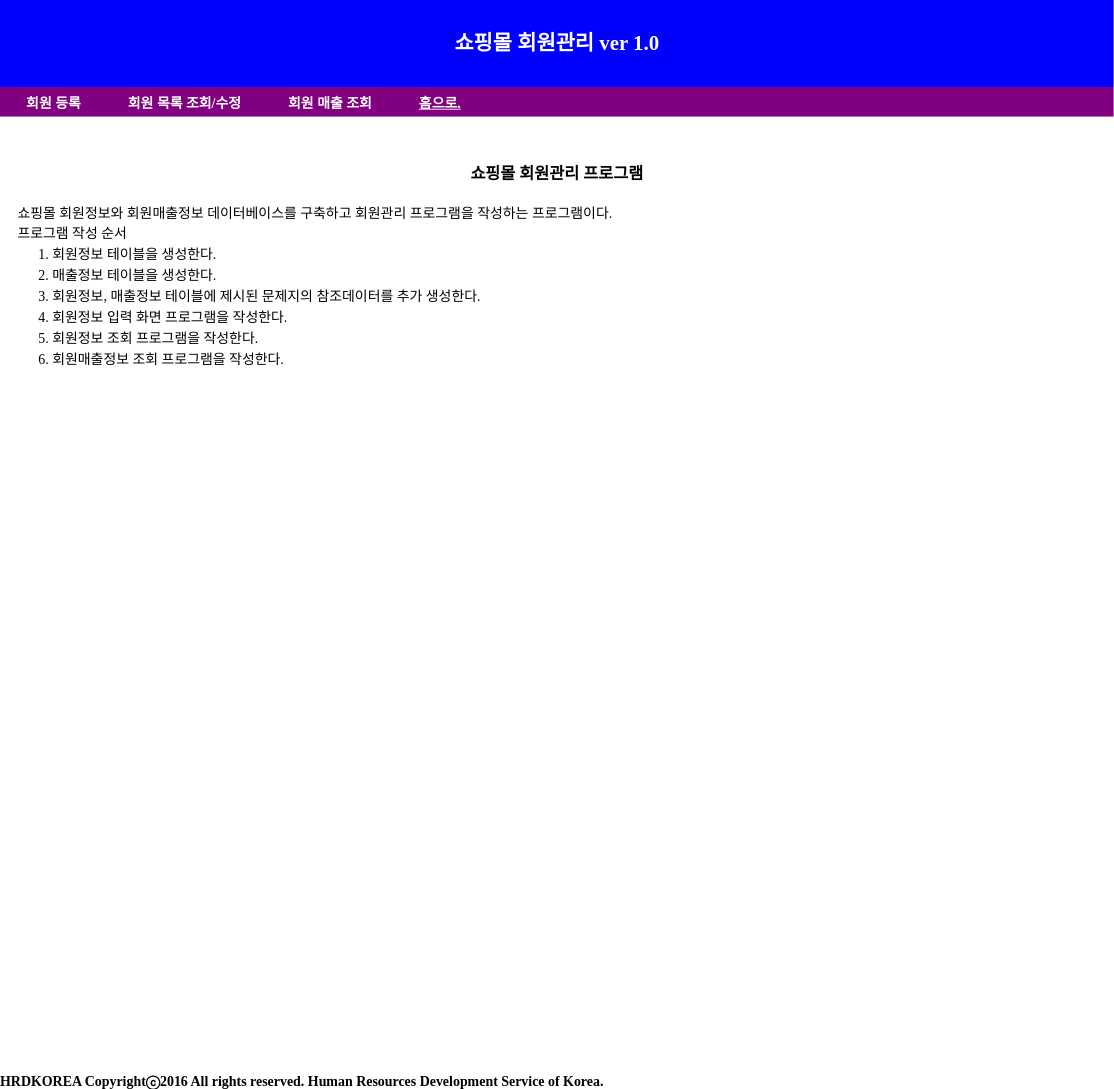
Repository: brightjy/Today-what-I-practiced
Page: http://localhost/HRD_900108/main/main.jsp
These files come from the project's save history. The page is drawn as it stood at one moment and after the next save; the edit follows.
The browser window is 1280 px wide. The pictures show the whole page, at 87% of full size.
The page is served by Tomcat 9.

Above is the page before, as saved 2020-05-09 11:42:57.

### hrdkorea_0509/HRD_900108/WebContent/main/main.jsp
<%@ page language="java" contentType="text/html; charset=UTF-8"
    pageEncoding="UTF-8"%>
<!DOCTYPE html>
<html>
<head>
<meta charset="UTF-8">
<title>Insert title here</title>
<style>
	*{
		margin:0 auto;
	}
	header{
		height:100px;
	}
	header {
		background-color:blue;
	}
	header h2{
		text-align:center;
		line-height:100px;
		color:white;
	}
	nav{
		background-color:purple;
		padding:5px 0 5px 30px;
	}
	nav a{
		color: white;
		font-weight:bold;
		padding-right:50px;
	}
	section{
		padding: 50px 20px;
		height:1000px;
	}
	section h3{
		text-align:center;
		margin-bottom:20px;
	}
</style>
</head>
<body>
	<jsp:include page="../main/header.jsp"/>
	<section>
		<h3>쇼핑몰 회원관리 프로그램</h3>
		<p>쇼핑몰 회원정보와 회원매출정보 데이터베이스를 구축하고 회원관리 프로그램을 작성하는 프로그램이다.</p>
		<p>프로그램 작성 순서</p>
		<ol>
			<li>회원정보 테이블을 생성한다.</li>
			<li>매출정보 테이블을 생성한다.</li>
			<li>회원정보, 매출정보 테이블에 제시된 문제지의 참조데이터를 추가 생성한다.</li>
			<li>회원정보 입력 화면 프로그램을 작성한다.</li>
			<li>회원정보 조회 프로그램을 작성한다.</li>
			<li>회원매출정보 조회 프로그램을 작성한다.</li>
		</ol>
	</section>
	<jsp:include page="../main/footer.jsp"/>
</body>
</html>

### hrdkorea_0509/HRD_900108/WebContent/main/header.jsp
<%@ page language="java" contentType="text/html; charset=UTF-8"
    pageEncoding="UTF-8"%>
<!DOCTYPE html>
<html>
<head>
<meta charset="UTF-8">
<title>Insert title here</title>

</head>
<body>
	<header>
		<h2>쇼핑몰 회원관리 ver 1.0</h2>
	</header>
	<nav>
		<a>회원 등록</a>
		<a>회원 목록 조회/수정</a>
		<a>회원 매출 조회</a>
		<a href="main.do">홈으로.</a>
	</nav>
</body>
</html>

### hrdkorea_0509/HRD_900108/WebContent/main/footer.jsp
<%@ page language="java" contentType="text/html; charset=UTF-8"
    pageEncoding="UTF-8"%>
<!DOCTYPE html>
<html>
<head>
<meta charset="UTF-8">
<title>Insert title here</title>
</head>
<body>
	<footer>
		<h4>HRDKOREA Copyrightⓒ2016 All rights reserved. Human Resources Development Service of Korea.</h4>
	</footer>
</body>
</html>

After the next save:
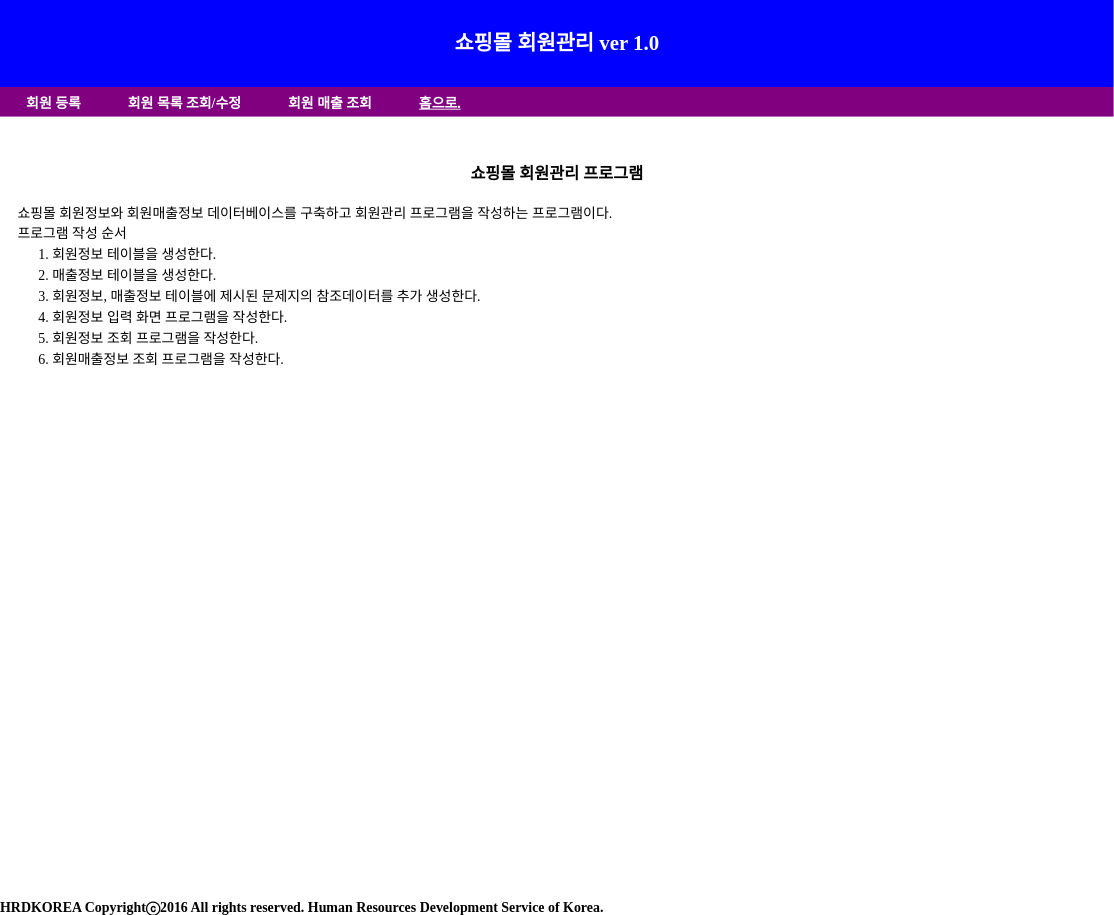
Saved 10 s later.
--- a/hrdkorea_0509/HRD_900108/WebContent/main/main.jsp
+++ b/hrdkorea_0509/HRD_900108/WebContent/main/main.jsp
@@ -31,7 +31,7 @@
 	}
 	section{
 		padding: 50px 20px;
-		height:1000px;
+		height:800px;
 	}
 	section h3{
 		text-align:center;
